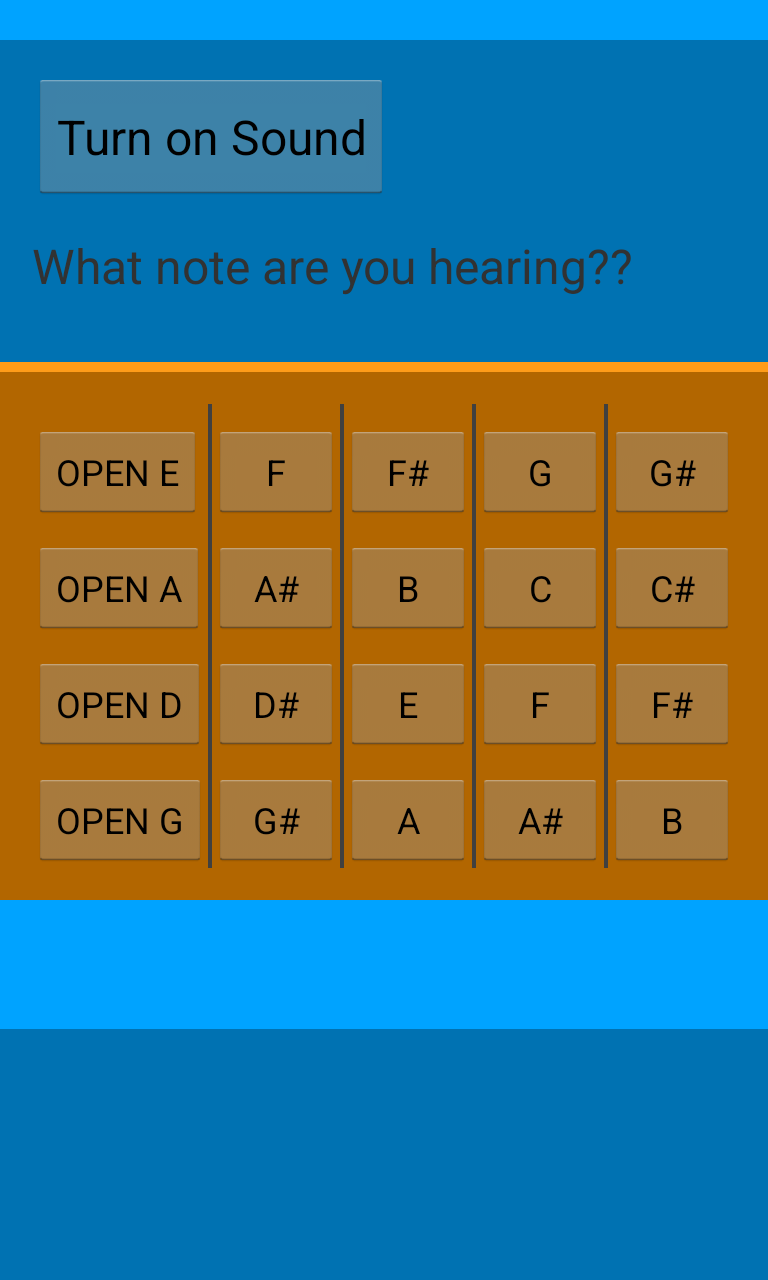
Repository: elliott-ribner/android-guitar-trainer
Layout: randomnotegenerator/res/layout/activity_main.xml
These files come from the project's save history. The layout is drawn as it stood at one moment and after the next save; the edit follows.
It is drawn on a 768 x 1280 px phone screen (xhdpi) without system bars, with theme AppTheme; the app's code is not run.

Above is the layout before, as saved 2014-06-09 01:02:41.

After the next save:
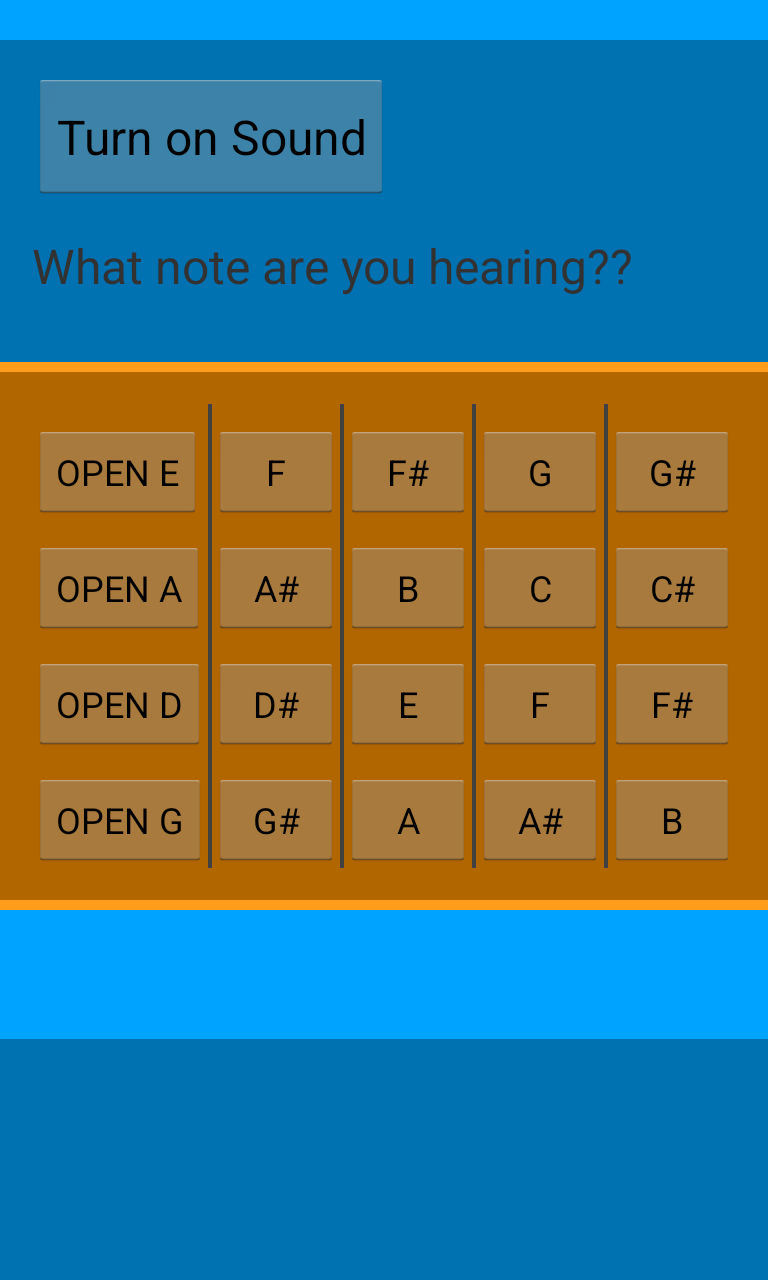
Saved 2 min 6 s later.
--- a/randomnotegenerator/res/layout/activity_main.xml
+++ b/randomnotegenerator/res/layout/activity_main.xml
@@ -255,7 +255,15 @@
 
         </LinearLayout>
 
-
+    <LinearLayout
+        android:layout_width="fill_parent"
+        android:layout_height="5dip"
+        android:background="#FF9C19"
+
+        android:paddingBottom="@dimen/activity_vertical_margin"
+        android:paddingLeft="@dimen/activity_horizontal_margin"
+        android:paddingRight="@dimen/activity_horizontal_margin"
+        android:paddingTop="@dimen/activity_vertical_margin" />
 
 
 
